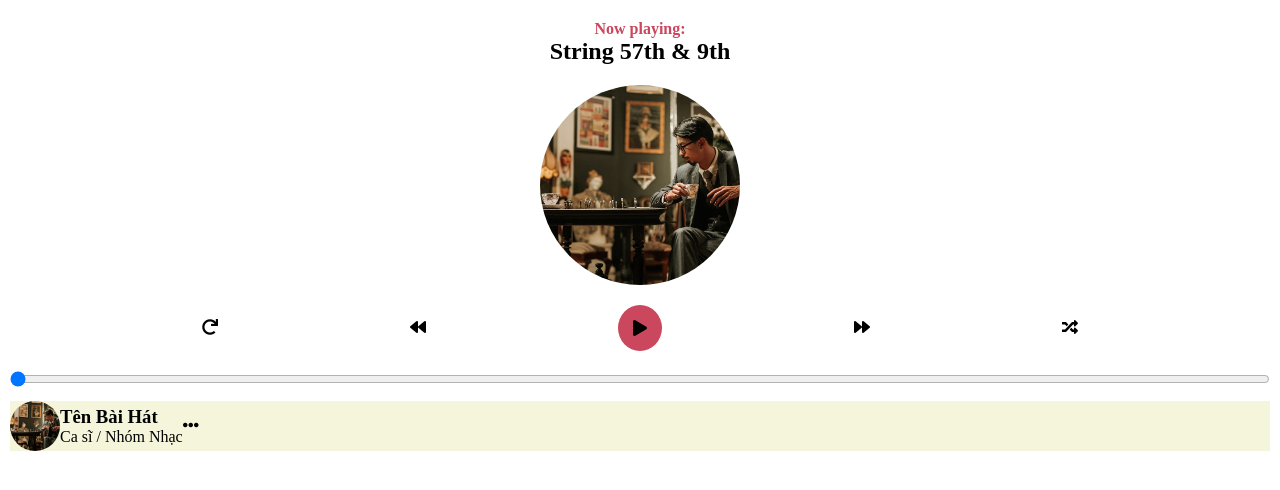
Repository: dovanthao2404/AppMusicPlayer
Page: index.html
The author's editor kept a copy of each file at every save. The page is drawn from the files as they stood at one save, then again after the next save.
The browser window is 1280 px wide. The pictures show the whole page.

Above is the page before, as saved 2021-06-28 02:30:24.

After the next save:
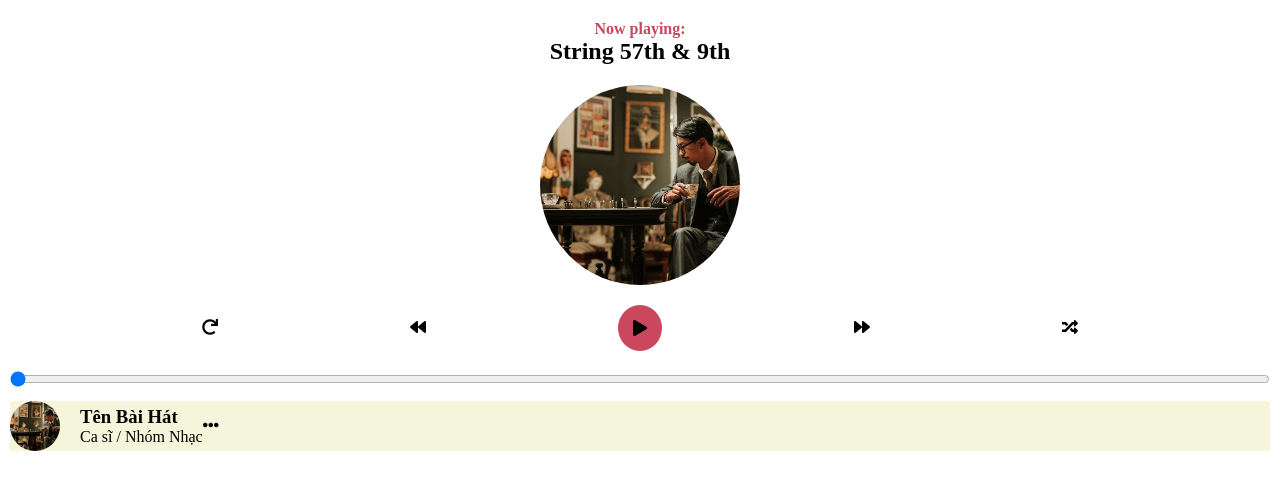
Saved 5 s later.
--- a/css/app.css
+++ b/css/app.css
@@ -67,7 +67,7 @@ header h4 {
   object-fit: cover;
 }
 .song .body {
-  maring-left: 20px;
+  margin-left: 20px;
 }
 .song .option {
   justify-content: end;
